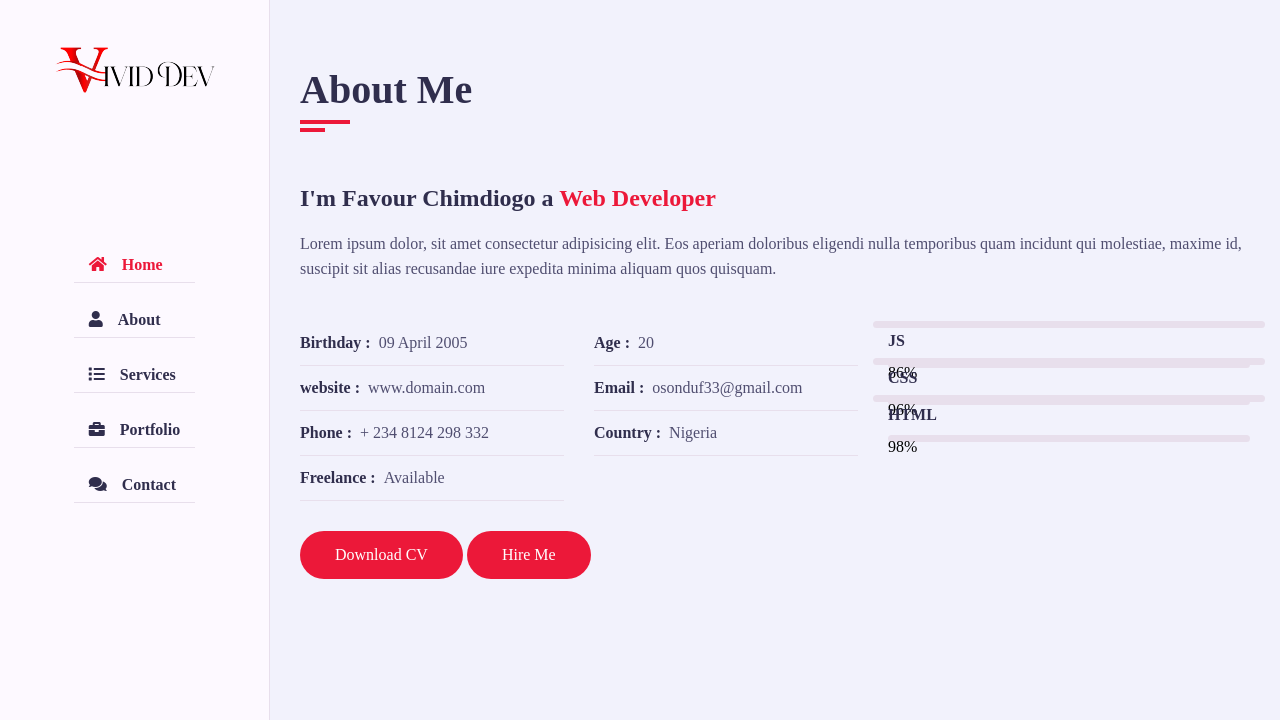
Repository: Big-Fave1/vivid-dev-portfolio
Page: build/index.html
The author's editor kept a copy of each file at every save. The page is drawn from the files as they stood at one save, then again after the next save.
The browser window is 1280 px wide. The pictures show the whole page.
Some web fonts or font styles are not loaded; a fallback is used.

Above is the page before, as saved 2025-05-30 14:29:03.

### build/index.html
<!DOCTYPE html>
<html lang="en">
<head>
    <meta charset="UTF-8">
    <meta name="viewport" content="width=device-width, initial-scale=1.0">
    <title>Vivid Dev Portfolio</title>
    <link rel="stylesheet" href="css/style.css">
    <link rel="stylesheet" href="css/color-1.css">
    <link rel="stylesheet" href="https://cdnjs.cloudflare.com/ajax/libs/font-awesome/5.15.4/css/all.min.css">
</head>
<body>
    <!--- ==== main container Start==== -->
    <div class="main-container"></div>
    <!--- ==== Aside Start === -->
    <div class="aside">
        <div class="logo">
        <a href="#"><img src="img/vivid 3.png" alt=""></a>
        </div>
        <div class="nav-toggler">
            <i class="fa fa-bars" aria-hidden="true"></i>
        </div>
        <ul class="nav">
            <li><a href="#" class="active"><i class="fa fa-home"></i>Home</a></li>
            <li><a href="#"><i class="fa fa-user"></i>About</a></li>
            <li><a href="#"><i class="fa fa-list"></i>Services</a></li>
            <li><a href="#"><i class="fa fa-briefcase"></i>Portfolio</a></li>
            <li><a href="#"><i class="fa fa-comments"></i>Contact</a></li>
        </ul>
    </div>
    <!--- ==== Aside End === -->
    <!--- ==== Main content Start === -->
    <div class="main-content">
        <!--- === Home Section Start === -->
        <section class="home section hidden">
            <div class="container">
                <div class="row">
                    <div class="home-info padd-15">
                        <h3 class="hello">Hello, my name is <span class="name">Favour Chimdiogo</span></h3>
                        <h3 class="my-profession">I'm a <Span class="typing">Web Developer</Span></h3>
                        <p>I'm a web designer with extensive experience for over a year.My expertise is to create a website design, and many more...</p>
                    <a href="#contact" class="btn hire-me">Hire Me</a>
                    </div>
                    <div class="home-img padd-15">
                        <img src="img/home image.jpg" alt="">
                    </div>
                </div>
            </div>
        </section>
    <!--- === Home Section End === -->
    <!--- === About  Section Start === -->
        <section class="about section">
            <div class="container">
                <div class="row">
                    <div class="section-title padd-15">
                        <h2>About Me</h2>
                    </div>
                </div>
                <div class="row">
                    <div class="about-content padd-15">
                        <div class="row">
                            <div class="about-text padd-15">
                                <h3>I'm Favour Chimdiogo a <span>Web Developer</span></h3>
                                <p>Lorem ipsum dolor, sit amet consectetur adipisicing elit. Eos aperiam doloribus eligendi nulla temporibus quam incidunt qui molestiae, maxime id, suscipit sit alias recusandae iure expedita minima aliquam quos quisquam.</p>
                            </div>
                        </div>
                        <div class="row">
                            <div class="personal-info padd-15">
                                <div class="row">
                                    <div class="info-item padd-15">
                                        <p>Birthday : <span>09 April 2005</span></p>
                                    </div>
                                    <div class="info-item padd-15">
                                        <p>Age : <span>20</span></p>
                                    </div>
                                    <div class="info-item padd-15">
                                        <p>website : <span>www.domain.com</span></p>
                                    </div>
                                    <div class="info-item padd-15">
                                        <p>Email : <span>osonduf33@gmail.com</span></p>
                                    </div>
                                    <div class="info-item padd-15">
                                        <p>Phone : <span>+ 234 8124 298 332</span></p>
                                    </div>
                                    <div class="info-item padd-15">
                                        <p>Country : <span>Nigeria</span></p>
                                    </div>
                                    <div class="info-item padd-15">
                                        <p>Freelance : <span>Available</span></p>
                                    </div>
                                </div>
                                <div class="row">
                                    <div class="buttons padd-15">
                                        <a href="#" class="btn">Download CV</a>
                                        <a href="#contact" class="btn hire-me padd-15">Hire Me</a>
                                    </div>
                                </div>
                            </div>
                            <div class="skills padd-15">
                                <div class="row">
                                    <div class="skill-item  padd-15">
                                        <h5>JS</h5>
                                        <div class="progress">
                                            <div class="progress-in" style="width: 86%;"></div>
                                            <div class="skill-percent">86%</div>
                                        </div>
                                    </div>
                                    <div class="skill-item  padd-15">
                                        <h5>CSS</h5>
                                        <div class="progress">
                                            <div class="progress-in" style="width: 96%;"></div>
                                            <div class="skill-percent">96%</div>
                                        </div>
                                    </div>
                                    <div class="skill-item  padd-15">
                                        <h5>HTML</h5>
                                        <div class="progress">
                                            <div class="progress-in" style="width: 98%;"></div>
                                            <div class="skill-percent">98%</div>
                                        </div>
                                    </div>
                                </div>
                            </div>
                        </div>
                    </div>
                </div>
            </div>
        </section>
    <!--- === About  Section End === -->
    </div>
    <!--- ==== Main content End === -->
    <!--- ====main container End === -->
</body>
</html>

### build/css/style.css

@import url('https://fonts.googleapis.com/css2?family=Clicker+Script&family=Poppins:ital,wght@0,100;0,200;0,300;0,400;0,500;0,600;0,700;0,800;0,900;1,100;1,200;1,300;1,400;1,500;1,600;1,700;1,800;1,900&display=swap');


:root
{
    --bg-black-900:#f2f2fc;
    --bg-black-100:#fdf9ff;
    --bg-black-50:#e8dfec;
    --text-black-900:#302e4d;
    --text-black-700:#504e70;

}

body
{
    line-height:1.5;
    font-size:16px;
    font-family: 'Poppins'sans-serif;
}

*
{
    margin: 0;
    padding: 0;
    outline:none;
    text-decoration:none;
    text-decoration:none;
    box-sizing: border-box;
}
::before, ::after
{
    box-sizing:border-box;
}
ul
{
    list-style: none;
}
.section
{
    background:var(--bg-black-900);
    min-height: 100vh;
    display: block;
    padding: 0 30px;
    opacity: 1;
}
.hidden
{
    display: none !important;
}
.main-content
{
    padding-left: 270px;
}
.padd-15
{
    padding-left: 15px;
    padding-right: 15px;
}
.container{
    max-width: 1100px;
    width: 100%;
    margin: auto;
}
.section .container
{
    padding-top: 60px;
    padding-bottom: 70px;

}
.section-title
{
    flex: 0 0 100%;
    max-width: 100%;
    margin-bottom: 60px;

}
.section-title h2
{
    font-size: 40px;
    color: var(--text-black-900);
    font-weight: 700;
    position: relative;
}
.section-title h2::before
{
   content: '';
   height: 4px;
   width: 50px;
   background-color: var(--skin-color);
   position: absolute;
   top: 100%;
   left: 0;
}
.section-title h2::after
{
   content: '';
   height: 4px;
   width: 25px;
   background-color: var(--skin-color);
   position: absolute;
   top: 100%;
   left: 0;
   margin-top:8px;
}
.row
{
    display: flex;
    flex-wrap: wrap;
    margin-left: -15px;
    margin-right: -15px;
    position: relative;
}
.btn
{
    font-size: 16px;
    font-weight: 500;
    padding: 12px 35px;
    background: var(--skin-color);
    color: white;
    border: none;
    display: inline-block;
    white-space: nowrap;
    transition: all 0.3s ease;
    border-radius:40px;
}
.btn:hover
{
    transform: scale(1.05);
}
/* aside */
.aside
{
width: 270px;
background:var(--bg-black-100);
position: fixed;
left: 0;
top: 0;
padding: 30px;
height: 100%;
border-right:1px solid var(--bg-black-50);
z-index: 10;
display: flex;
justify-content: center;
align-items: center;
}
.aside .logo
{
    position: absolute;
    top: -30px;
    ;
}
.aside .logo a
{
    color: var(--bg-black-900);
    font-weight: 700;
    padding: 15px 20px;
    font-size: 30px;
    position: relative;
}
/*.aside .logo a span
.aside .logo a:before
{
    content:'';
    position: absolute;
    width: 20px;
    height: 20px;
    border-bottom: 5px solid var(--skin-color);
    border-left: 5px solid var(--skin-color);
    bottom: 0;
    left: 0;

}
.aside .logo a:after
{
    content:'';
    position: absolute;
    width: 20px;
    height: 20px;
    border-top: 5px solid var(--skin-color);
    border-right: 5px solid var(--skin-color);
    top: 0;
    right: 0;

}
    */
.aside .nav-toggler
{
    height: 40px;
    width: 45px;
    border: 1px solid var(--bg-black-50);
    cursor: pointer;
    position: fixed;
    left: 300px;
    top: 20px;
    color: var(--skin-color);
    border-radius: 5px;
    background:var(--bg-black-100);
    display: none;
    align-items:center;
    justify-content: center;
}
.aside .nav
{
    margin-top: 50px;
}
.aside .nav li
{
    margin-bottom: 20px;
    display: block;
}
.aside .nav li a
{
    font-size: 16px;
    font-weight: 600;
    display: block;
    border-bottom:1px solid var(--bg-black-50);
    color:var(--text-black-900);
    padding: 5px 15px;
}
.aside .nav li a.active
{
    color:var(--skin-color);
}
.aside .nav li a i
{
    margin-right: 15px;

}
/* home*/
.home
{
    min-height: 100vh;
    display: flex;
    color: var(--text-black-900);

}
.home-info
{
    flex: 0 60%;
    max-width: 60%;
}
h3.hello
{
    font-size: 28px;
    margin: 15PX 0;
}
h3.hello span
{
    font-family: 'clicker script', cursive;
    font-size: 30px;
    font-weight: 700;
    color:var(--skin-color);
}
h3.my-profession
{
    font-size:30px;
    margin: 15px 0;
}
.typing
{
    color: var(--skin-color);
}
.home-info p
{
    margin-bottom: 70px;
    font-size: 20px;
    color: var(--text-black-700);
}
.home .home-img
{
    flex: 0 0 40%;
    max-width: 40%;
    text-align: center;
    position: relative;
}
.home-img::after
{
    content: '';
    position: absolute;
    height: 80px;
    width: 80px;
    right: 20px;
    bottom: -40px;
    border-bottom: 10px solid var(--skin-color);
    border-right: 10px solid var(--skin-color);
}
.home-img::before
{
    content: '';
    position: absolute;
    height: 80px;
    width: 80px;
    left: -20px;
    top: -40px;
    border-top: 10px solid var(--skin-color);
    border-left: 10px solid var(--skin-color);
}
.home .home-img img
{
    margin: auto;
    border-radius:5px;
    height: 400px;
}
/* About */
.about .about-content
{
    flex: 0 0 100%;
    max-width: 100%;
}
.about .about-content .about-text
{
    flex: 0 0 100%;
    max-width: 100%;
}
.about .about-content .about-text h3
{
    font-size: 24px;
    margin-bottom: 15px;
    font-weight: 700;
    color:var(--text-black-900);
}
.about .about-content .about-text h3 span
{
    color:var(--skin-color);
}
.about .about-content .about-text p
{
    font-size:16px;
    line-height: 25px;
    color: var(--text-black-700);
}
.about .about-content .personal-info
{
    flex: 0 0 60%;
    max-width: 60%;
    margin-top: 40px;
}
.about .about-content .personal-info .info-item p
{
    font-weight: 600;
    padding: 10px 0;
    font-size: 16px;
    color: var(--text-black-900);
    border-bottom: 1px solid var(--bg-black-50);
}
.about .about-content .personal-info .info-item p span
{
    font-weight: 400;
    color: var(--text-black-700);
    margin-left: 4px;
    display: inline-block;
}
.about .about-content .personal-info .info-item
{
    flex: 0 0 50%;
    max-width: 50%;
}
.about .about-content .personal-info .buttons
{
    margin-top: 30px;

}
.about .about-content .personal-info .buttons.btn
{
    margin-right: 30px;
    margin-top: 10px;

}
.about .about-content .skills
{
    flex: 0 0 40%;
    max-width: 40%;
    margin-top: 40px;
}
.about .about-content .skills .skill-item
{
    flex: 0 0 100%;
    max-width: 100%;
    margin-bottom: 30px;
}
.about .about-content .skills .skill-item h5
{

    line-height: 40px;
    font-weight: 600;
    font-size: 16px;
    color: var(--text-black-900);
    text-transform: capitalize;
}
.about .about-content .skills .skill-item .progress
{
    background-color: var(--bg-black-50);
    height: 7px;
    border-radius:  4px;
    width: 100%;
}
.about .about-content .skills .skill-item
{
    background-color: var(--bg-black-50);
    height: 7px;
    border-radius:  4px;
    width: 100%;
}

### build/css/color-1.css

:root
{
    --skin-color:#ec1839;
}

After the next save:
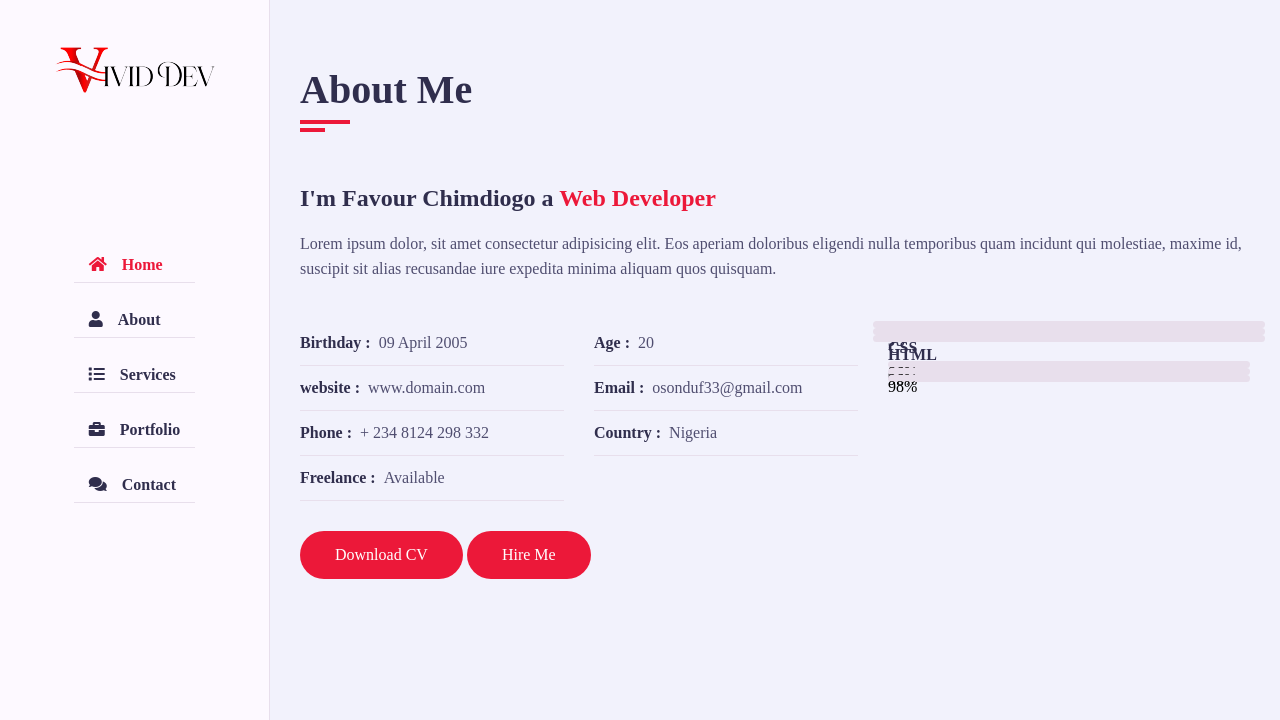
Saved 13 s later.
--- a/build/css/style.css
+++ b/build/css/style.css
@@ -377,7 +377,6 @@ h3.my-profession
 {
     flex: 0 0 100%;
     max-width: 100%;
-    margin-bottom: 30px;
 }
 .about .about-content .skills .skill-item h5
 {
